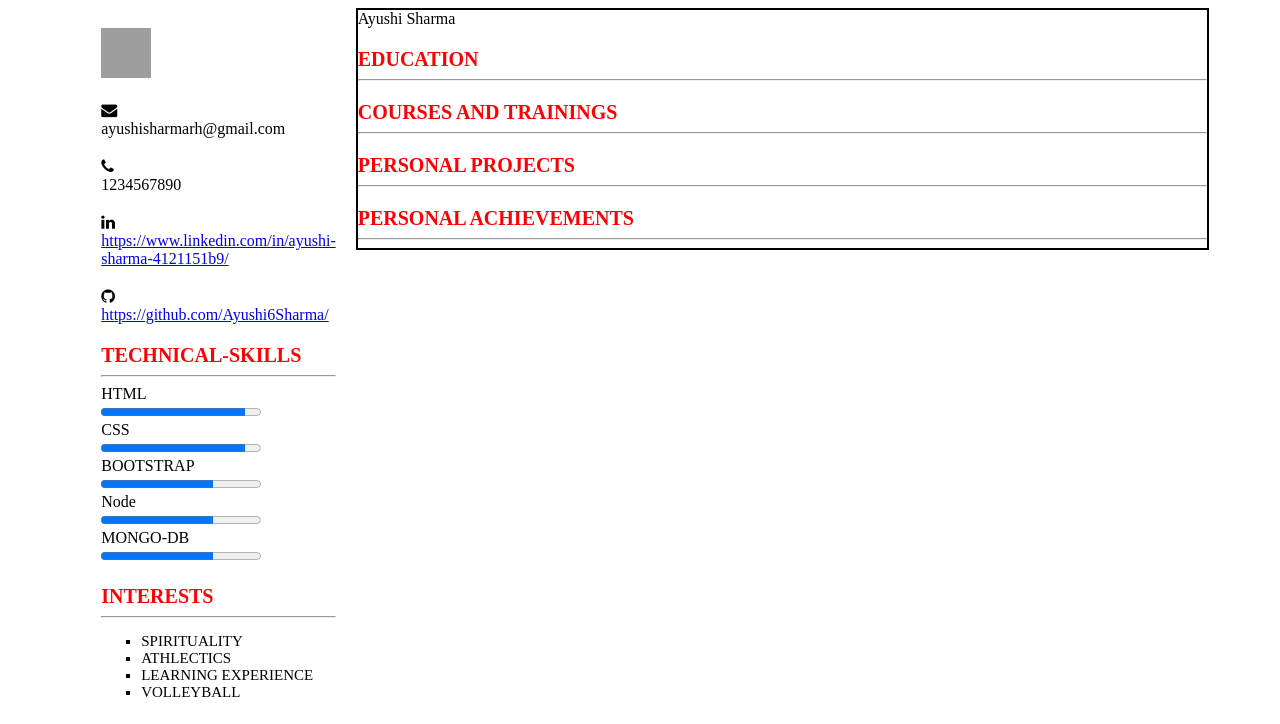
Repository: Ayushi6Sharma/Resume
Page: index.html
An editor plug-in stored every save of this project. The page is shown before and after the next save, followed by the edit.
The browser window is 1280 px wide. The pictures show the whole page.
Pictures or frames that could not be fetched are drawn as grey boxes.

Above is the page before, as saved 2022-05-04 00:44:33.

After the next save:
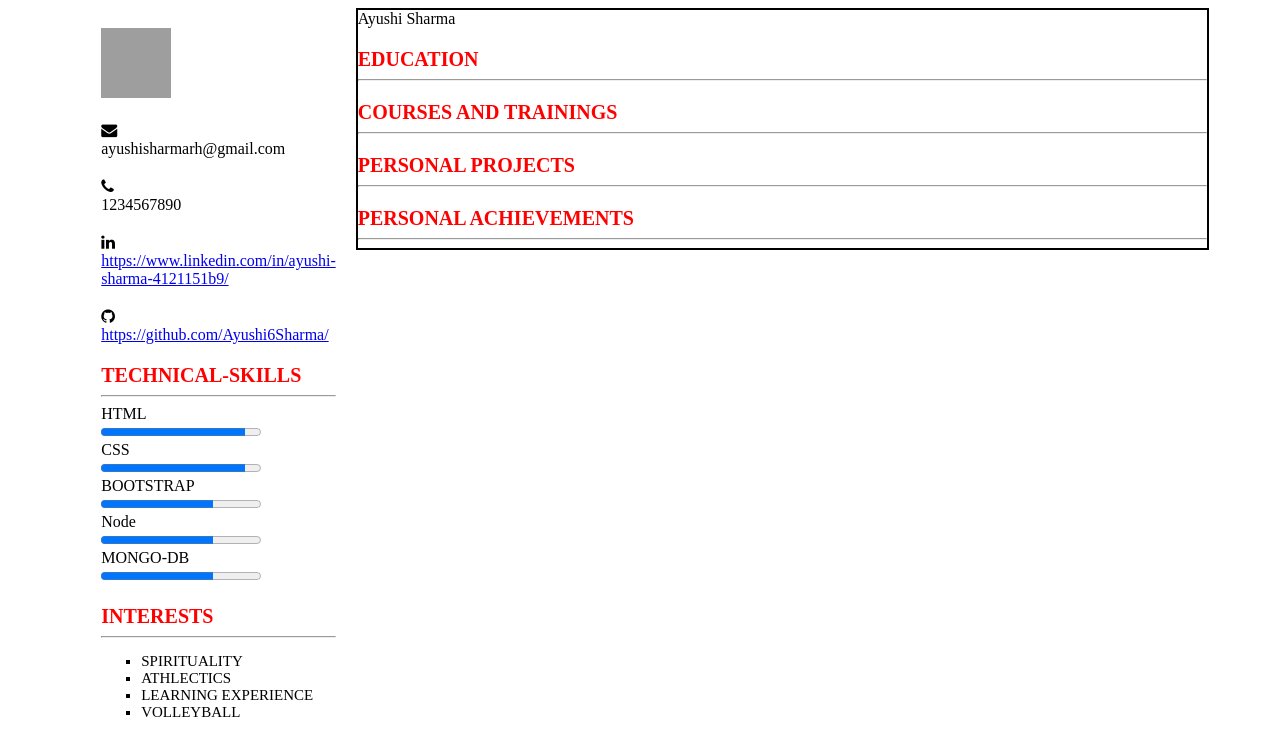
Saved 15 s later.
--- a/style.css
+++ b/style.css
@@ -24,8 +24,8 @@
 /* profile data */
 .img
 {
-    width:50px;
-    height:50px;
+    width:70px;
+    height:70px;
 }
 /* technical skills */
 .title{
